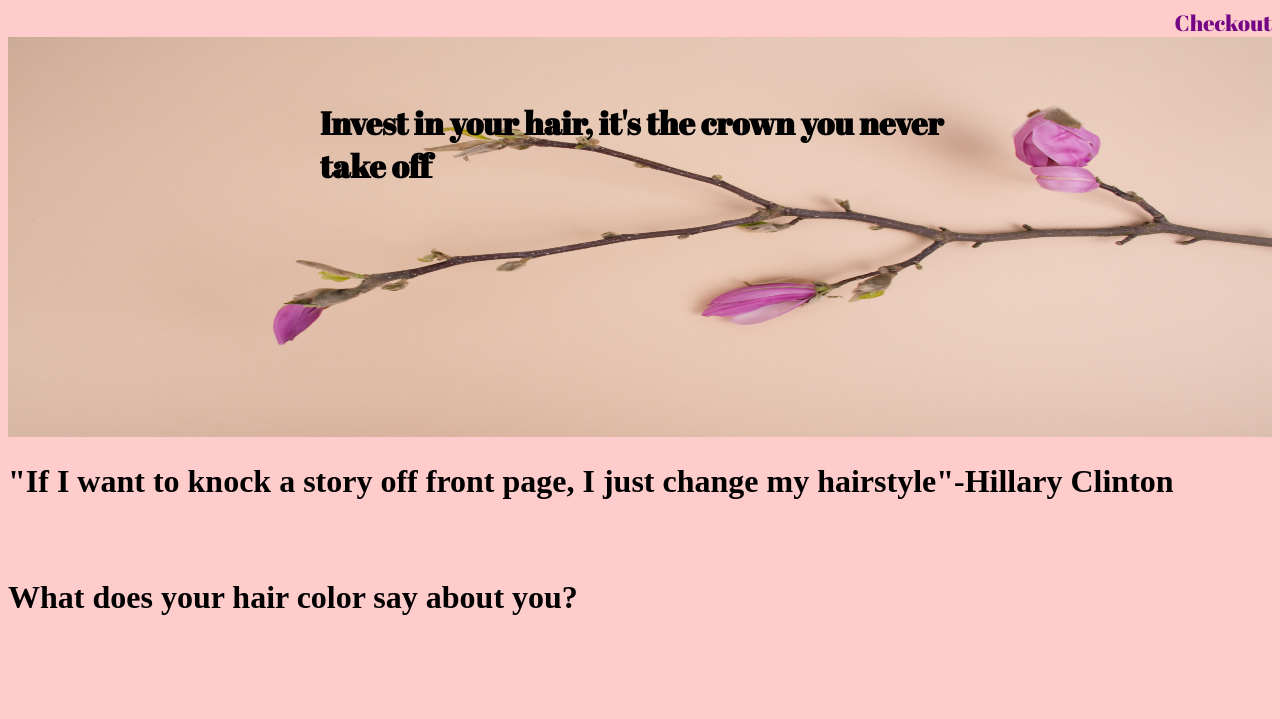
Repository: aarushi-07/Hair-and-Spa-booking-system
Page: http://localhost/salon/WEB-INF/jsp/hair.jsp
The author's editor kept a copy of each file at every save. The page is drawn from the files as they stood at one save, then again after the next save.
The browser window is 1280 px wide. The pictures show the whole page.
The page is served by Tomcat 9. Nobody is signed in. The template is opened directly, without the code that normally fills it, so the values that code supplies are empty.

Above is the page before, as saved 2020-07-10 07:49:33.

After the next save:
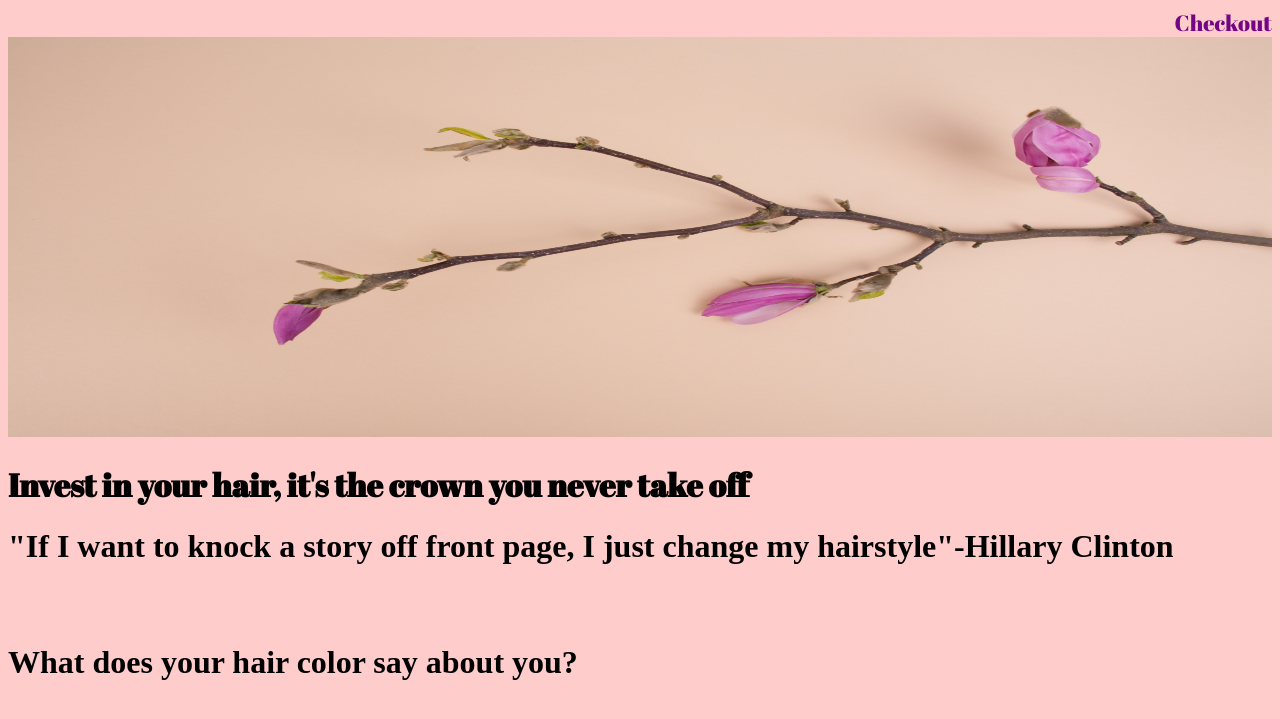
Saved 29 s later.
--- a/salon/src/main/webapp/WEB-INF/jsp/hair.jsp
+++ b/salon/src/main/webapp/WEB-INF/jsp/hair.jsp
@@ -49,7 +49,7 @@
 
 	<div class="abril">
 	<img src="../resources/images/bg.jpg" width=100% height=400px>
-	<div class="centered"><h1> Invest in your hair, it's the crown you never
+	<div ><h1> Invest in your hair, it's the crown you never
 		take off </h1></div>
 	</div>
 

After the save that followed:
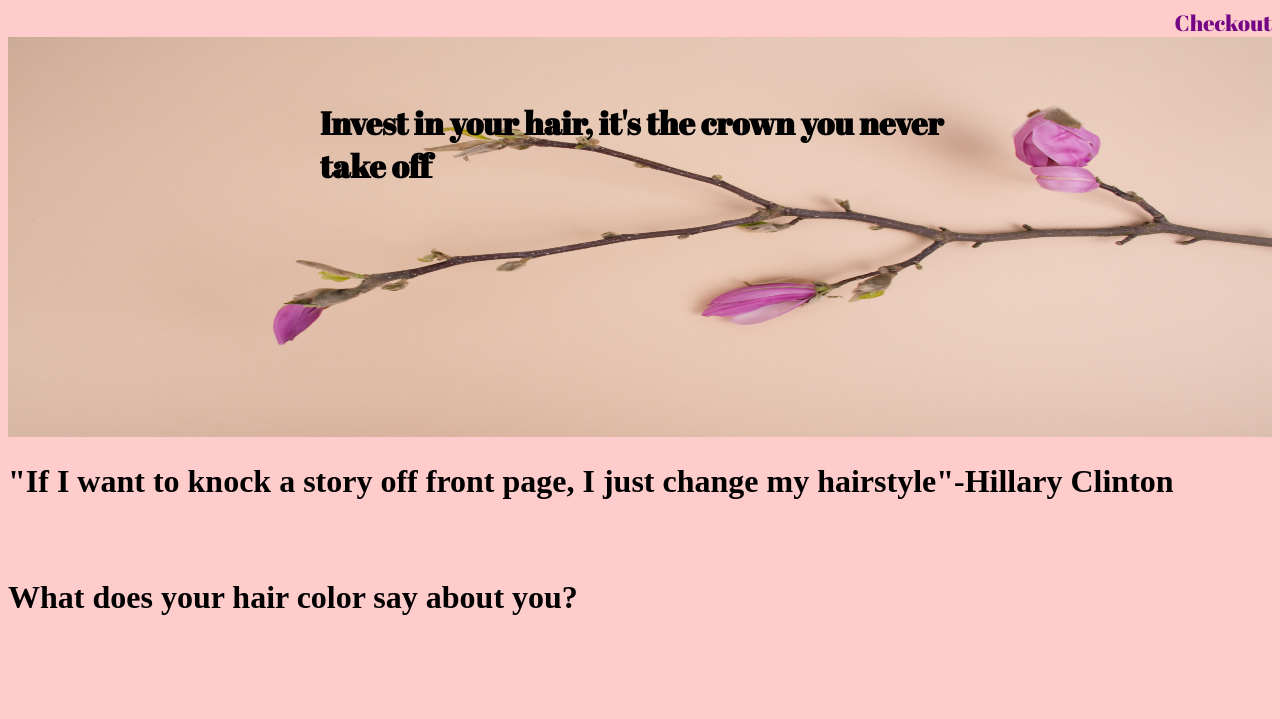
Saved 15 s later.
--- a/salon/src/main/webapp/WEB-INF/jsp/hair.jsp
+++ b/salon/src/main/webapp/WEB-INF/jsp/hair.jsp
@@ -49,7 +49,7 @@
 
 	<div class="abril">
 	<img src="../resources/images/bg.jpg" width=100% height=400px>
-	<div ><h1> Invest in your hair, it's the crown you never
+	<div class="centered"><h1> Invest in your hair, it's the crown you never
 		take off </h1></div>
 	</div>
 
